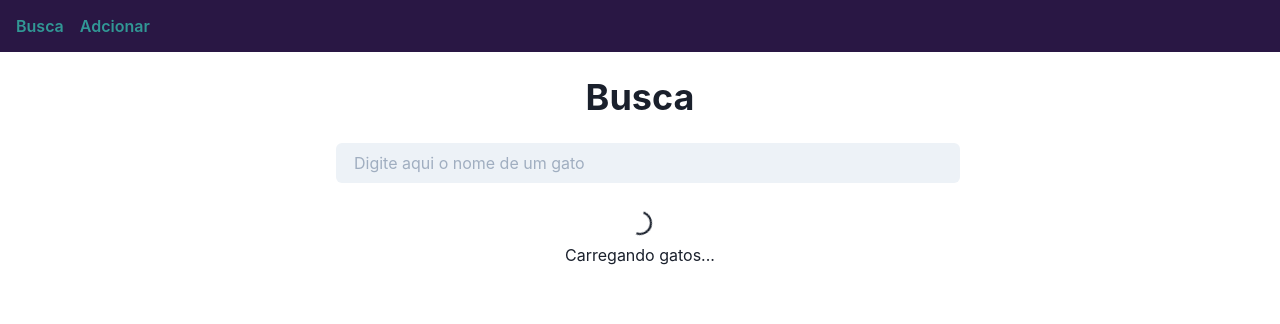
Repository: thislucasme/front-end-cats-react.js
Page: /buscar
An editor plug-in stored every save of this project. The page is shown before and after the next save, followed by the edit.
The browser window is 1280 px wide. The pictures show the whole page.
The page's requests for data from a server got no answer. The project was rebuilt for these pictures with package versions that can differ from the ones it lists, and the page was loaded fresh each time. No one was signed in, and anything a server would have sent is missing. Also part of the build but not shown: src/pages/cadastro.gatos.tsx.

Above is the page before, as saved 2021-10-27 16:15:48.

### src/index.tsx
import { ColorModeScript } from "@chakra-ui/react"
import * as React from "react"
import ReactDOM from "react-dom"
import { App } from "./App"
import reportWebVitals from "./reportWebVitals"
import * as serviceWorker from "./serviceWorker"
import { ChakraProvider, theme } from '@chakra-ui/react'

ReactDOM.render(
  <React.StrictMode>
    <ColorModeScript />
    <ChakraProvider theme={theme}>
      <App />
    </ChakraProvider>
  </React.StrictMode>,
  document.getElementById("root"),
)

// If you want your app to work offline and load faster, you can change
// unregister() to register() below. Note this comes with some pitfalls.
// Learn more about service workers: https://cra.link/PWA
serviceWorker.unregister()

// If you want to start measuring performance in your app, pass a function
// to log results (for example: reportWebVitals(console.log))
// or send to an analytics endpoint. Learn more: https://bit.ly/CRA-vitals
reportWebVitals()

### src/App.tsx
import React from "react";
import { Cadastro } from "./pages/cadastro.gatos";
import { BrowserRouter, Switch, Route } from "react-router-dom";
import { Busca } from "./pages/busca.gatos";


export const App: React.FC = () => {
  return (
    <BrowserRouter>
      <Switch>
        <Route exact path={'/cadastro'} component={Cadastro} />
        <Route exact path={'/buscar'} component={Busca} />
      </Switch>
    </BrowserRouter>
  );
}

### src/pages/busca.gatos.tsx
import { Center, Flex, Heading, Input, Spacer, VStack } from "@chakra-ui/react";
import axios from "axios";
import React, { useState } from "react";
import { mutate } from "swr";
import { Lista } from "../components/lista.gatos";
import { Menu } from "../components/menu";
import { useGato } from "../hooks/gato.hooks";
export const Busca = () => {

	const [campoBusca, setCampoBusca] = useState("");

	//hook personalizado
	const { cats, isError, mutate } = useGato(campoBusca);

	function apagarGato(id: number) {
		axios.delete('http://localhost:3000/cats/' + id)
			.then(response => {
				mutate();
			})
		console.log("Apagar gato com id: " + id);
	}

	return (
		<Center>
			<VStack w="full">
				<Menu />
				<VStack w="50%">
					<Heading my={4}>Busca</Heading>
					<Flex w="full">
						<Spacer />
						<Input ml={4} value={campoBusca} onChange={(e) => { setCampoBusca(e.target.value) }} variant="filled" placeholder="Digite aqui o nome de um gato" />
					</Flex>
					<Lista gatos={cats} onDelete={apagarGato} error={isError} />
				</VStack>
			</VStack>
		</Center>
	);
}

### src/components/lista.gatos.tsx
import React from "react";
import { Button, Table, Tbody, Td, Th, Thead, Tr, Image, Spinner, VStack, Text, AlertIcon, Alert } from "@chakra-ui/react";
import { Cat } from "../cat.interface";


type Props = {
	gatos: Array<any>,
	error: any,
	onDelete: (id: number) => void
}

export const Lista = (props: Props) => {


	if (!props.gatos) return (
		<VStack>
			<Spinner mt={5} />
			<Text>Carregando gatos...</Text>
		</VStack>
	);

	if (props.error) {
		return (
			<Alert status="error">
				<AlertIcon />
				Ocorreu um erro
			</Alert>
		);
	}

	return (
		<Table mt={5} variant="simple">
			<Thead>
				<Tr>
					<Th>ID</Th>
					<Th>Nome</Th>
					<Th>Idade</Th>
					<Th>Sexo</Th>
					<Th>Ação</Th>
				</Tr>
			</Thead>
			<Tbody>
				{
					props.gatos?.map((res: Cat) => (
						<Tr key={res.idGato} color={"gray"} fontSize={"md"}>
							<Td>{res.idGato}</Td>
							<Td>{res.nome}</Td>
							<Td>{res.idade}</Td>
							<Td>{res.sexo}</Td>
							<Td><Button ml={4} variant={"ghost"} onClick={() => { props.onDelete(res.idGato) }}><Image src="https://i.ibb.co/89zmrZs/delete.png" /></Button></Td>
						</Tr>
					)).reverse()
				}

			</Tbody>

		</Table>
	);
}

### src/components/menu.tsx
import { Box, Button, Flex, Spacer } from "@chakra-ui/react";
import React from "react";
export const Menu = () => {

	function openLink(url: string) {
		window.open(url, '_self')
	}
	return (
		<>
			<Flex p={4} bg={"#291744"} w={"full"}>
				<Button onClick={() => { openLink('/buscar') }} mr={4} colorScheme="teal" variant="link">
					Busca
				</Button>
				<Button onClick={() => { openLink('/cadastro') }} mr={4} colorScheme="teal" variant="link">
					Adcionar
				</Button>
			</Flex>
		</>
	);
}

### src/hooks/gato.hooks.ts
import axios from "axios";
import useSWR from "swr";

export const useGato = (nome: string) => {
	const apiRequest = (url: string) => axios.get(url).then(response => response.data);

	const { data, error, mutate } = useSWR('http://localhost:3000/cats/' + nome, apiRequest);

	return {
		cats: data,
		isError: error,
		mutate: mutate
	}
}

Loaded but not shown: public/index.html (common file); src/reportWebVitals.ts (common file); src/serviceWorker.ts (common file)

After the next save:
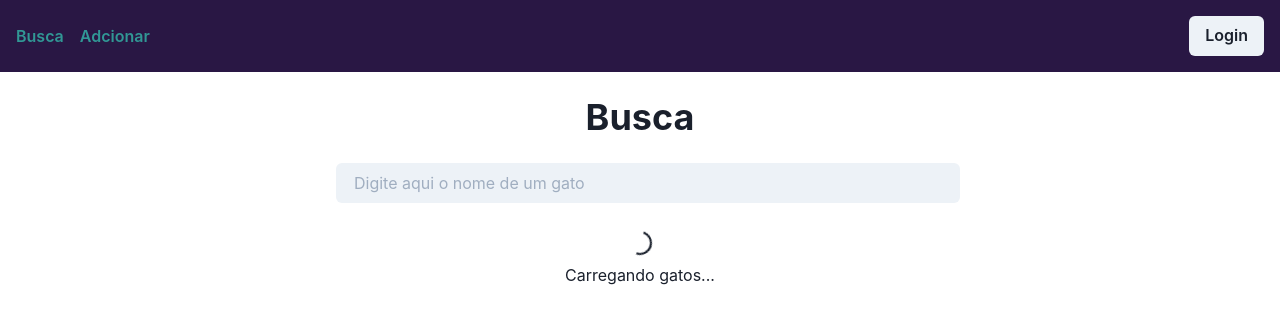
Saved 2 min 46 s later.
--- a/src/components/menu.tsx
+++ b/src/components/menu.tsx
@@ -14,6 +14,8 @@ export const Menu = () => {
 				<Button onClick={() => { openLink('/cadastro') }} mr={4} colorScheme="teal" variant="link">
 					Adcionar
 				</Button>
+				<Spacer />
+				<Button>Login</Button>
 			</Flex>
 		</>
 	);
